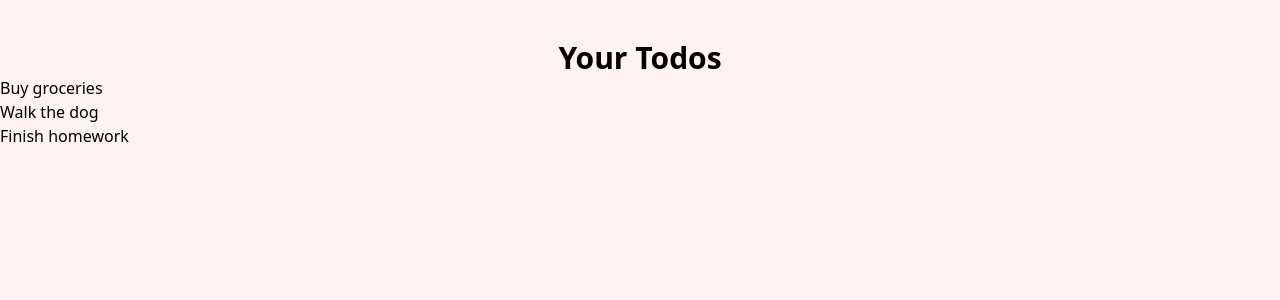
Repository: kocokoy/lodo-list-react-ts-tailwind
Page: /
The author's editor kept a copy of each file at every save. The page is drawn from the files as they stood at one save, then again after the next save.
The browser window is 1280 px wide. The pictures show the whole page.
The project was rebuilt for these pictures with package versions that can differ from the ones it lists, and the page was loaded fresh each time. Also part of the build but not shown: vite.config.ts.

Above is the page before, as saved 2025-07-29 14:32:39.

### src/App.tsx
import { dummyData } from "./data/todos"

function App() {
  return (
   <main className="py-10 bg-red-50 h-screen">
     <h1 className="font-bold text-3xl text-center">
      Your Todos
     </h1>
       <div>
        <div>
          {dummyData.map(todo => (
            <p key={todo.id}>
              {todo.title}
            </p>
          ))}
        </div>
       </div>
    </main>
  )
}

export default App

### src/data/todos.ts
import type { Todo } from '../types/todo'

export const dummyData: Todo[] = [
  {
    id: 1,
    title: "Buy groceries",
    completed: false
  },
  {
    id: 2,
    title: "Walk the dog",
    completed: true
  },
  {
    id: 3,
    title: "Finish homework",
    completed: false
  }
]

Loaded but not shown: index.html (common file); src/main.tsx (common file); src/index.css (common file); tailwind.config.js (common file)

After the next save:
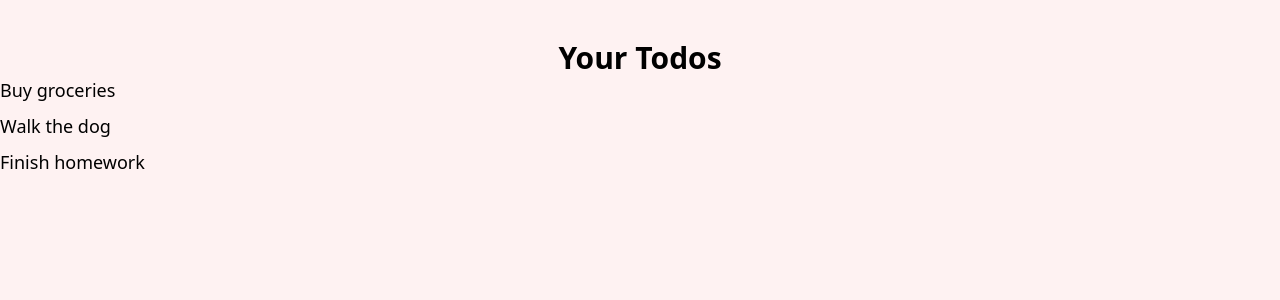
Saved 31 s later.
--- a/src/App.tsx
+++ b/src/App.tsx
@@ -7,9 +7,9 @@ function App() {
       Your Todos
      </h1>
        <div>
-        <div>
+        <div className="space-y-2">
           {dummyData.map(todo => (
-            <p key={todo.id}>
+            <p key={todo.id} className="text-lg ">
               {todo.title}
             </p>
           ))}
